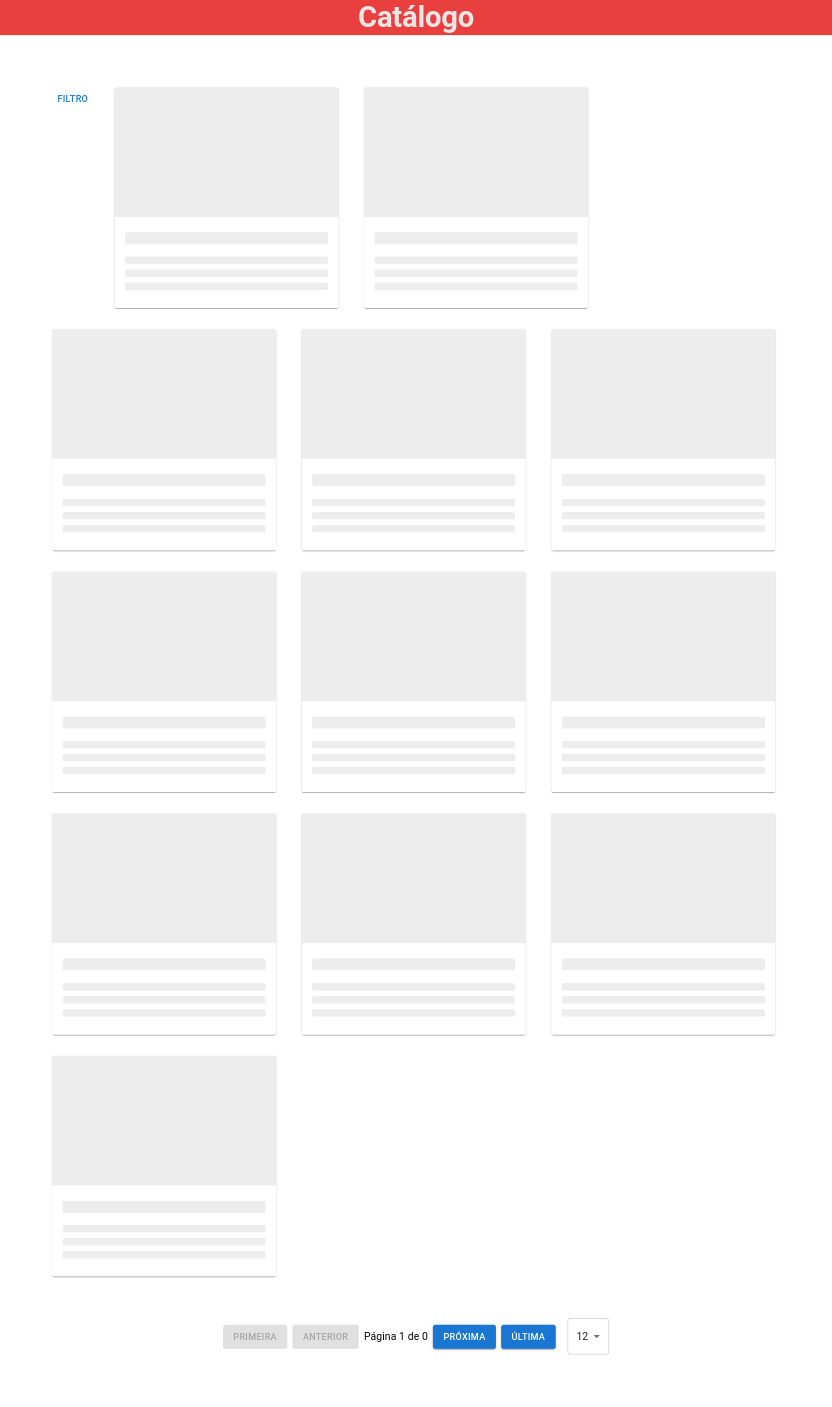
Repository: lenx0/PokeWiki-Front
Page: /
The author's editor kept a copy of each file at every save. The page is drawn from the files as they stood at one save, then again after a run of saves.
The browser window is 1280 px wide. The pictures show the whole page, at 65% of full size.
The page's requests for data from a server got no answer. The project was rebuilt for these pictures with package versions that can differ from the ones it lists, and the page was loaded fresh each time. The framework's server and built-in components were replaced by stand-ins that run in the browser. No one was signed in, and anything a server would have sent is missing. Also part of the build but not shown: next.config.mjs.

Above is the page before, as saved 2024-02-17 12:16:50.

### src/app/layout.js
import { Inter } from "next/font/google";
import "./globals.css";

const inter = Inter({ subsets: ["latin"] });

export default function RootLayout({ children }) {
  return (
    <html lang="en">
      <body className={inter.className}>{children}</body>
    </html>
  );
}

### src/app/page.js
'use client'
import PokemonList from "./pages/PokemonList/page";

export default function Home() {
  return (
    <PokemonList />
  );
}

### src/app/pages/PokemonList/page.jsx
import { Box, Grid, Typography } from "@mui/material";

import Cards from "@/app/components/Cards";

export default function PokemonList() {
  return (
    <>
      <Grid
        item
        backgroundColor="#e93232ee"
        textAlign="center"
      >
        <Typography variant="h2" fontSize={45} fontWeight={700} color="#e6e6e6">
          Catálogo
        </Typography>
      </Grid>
      <Grid container padding={10}>
        <Cards />
      </Grid>
    </>
  );
}

### src/app/components/Cards/index.jsx
'use client'
import React, { useEffect, useState } from "react";
import {
  Card,
  CardContent,
  Typography,
  Grid,
  CardMedia,
  Box,
  Button
} from "@mui/material";

import PokemonService from "@/services/PokemonService";
import { capitalizeFirstLetter } from "@/services/utils/CapitalizeFirstLetter";
import PokemonCardSkeleton from "../Skeleton";
import Pagination from "../Pagination";

export default function Cards() {
  const [pokemonList, setPokemonList] = useState([]);
  const [loading, setLoading] = useState(true);
  const [page, setPage] = useState(1);
  const [totalPages, setTotalPages] = useState(0);
  const [itemsPerPage, setItemsPerPage] = useState(12);

  useEffect(() => {
    async function getPokemon() {
      setLoading(true);

      const limit = itemsPerPage;
      const offset = (page - 1) * itemsPerPage;
      const pokemonListResponse = await PokemonService.getPokemon(
        limit,
        offset
      );
      const totalPokemon = pokemonListResponse.count;
      setTotalPages(Math.ceil(totalPokemon / itemsPerPage));

      const pokemonUrls = pokemonListResponse.results.map(
        (pokemon) => pokemon.url
      );
      const detailedPokemonList = await Promise.all(
        pokemonUrls.map(async (url) => {
          const pokemonDetailsResponse = await PokemonService.getPokemonDetails(
            url
          );
          return pokemonDetailsResponse;
        })
      );
      setPokemonList(detailedPokemonList);
      setLoading(false);
    }
    getPokemon();
  }, [page, itemsPerPage]);

  return (
    <>
      <Grid container spacing={4}>
        <Grid item>
          <Button>Filtro</Button>
        </Grid>
        {(loading || pokemonList.length === 0) &&
          Array.from({ length: itemsPerPage }).map((_, index) => (
            <Grid item xs={12} sm={6} md={4} key={index}>
              <PokemonCardSkeleton />
            </Grid>
          ))}
        {!loading &&
          pokemonList.map((pokemon, index) => (
            <Grid item xs={12} sm={6} md={4} lg={4} xl={2} key={index}>
              <Card
                sx={{
                  maxWidth: 245,
                  border: "none",
                  boxShadow: "2px 4px 8px 8px rgba(0,0,0,0.2)",
                }}
              >
                <CardMedia
                  component="img"
                  height="auto"
                  image={
                    pokemon.sprites.other["official-artwork"].front_default
                  }
                  alt={pokemon.name}
                />
                <CardContent>
                  <Box textAlign="center">
                    <Typography
                      gutterBottom
                      variant="h5"
                      fontWeight="700"
                      component="div"
                    >
                      {capitalizeFirstLetter(pokemon.name)}
                    </Typography>
                    <Typography variant="body2" color="text.secondary">
                      Número: {pokemon.order}
                    </Typography>
                    <Typography variant="body2" color="text.secondary">
                      Altura: {pokemon.height}
                    </Typography>
                    <Typography variant="body2" color="text.secondary">
                      Peso: {pokemon.weight}
                    </Typography>
                  </Box>
                </CardContent>
              </Card>
            </Grid>
          ))}
        <Grid item lg={12} xs={12}>
          <Pagination
            page={page}
            totalPages={totalPages}
            setPage={setPage}
            itemsPerPage={itemsPerPage}
            setItemsPerPage={setItemsPerPage}
          />
        </Grid>
      </Grid>
    </>
  );
}

### src/services/PokemonService.js
import HttpClient from "./utils/HttpClient";

class PokemonService {
  async getPokemon(limit, offset) {
    const url = `${process.env.NEXT_PUBLIC_API_BASE}?limit=${limit}&offset=${offset}`;
    const response = await HttpClient.getData(url);
    return response;
  }

  async getPokemonDetails(url) {
    const response = await HttpClient.getData(url);
    return response;
  }
}

export default new PokemonService();

### src/services/utils/CapitalizeFirstLetter.js
export function capitalizeFirstLetter(string) {
    return string.charAt(0).toUpperCase() + string.slice(1);
  }

### src/app/components/Skeleton/index.jsx
import React from "react";
import { Card, CardContent, Typography, Skeleton } from "@mui/material";

export default function PokemonCardSkeleton() {
  return (
    <Card sx={{ maxWidth: 345, border: "none" }}>
      <Skeleton variant="rectangular" width="100%" height={200} />
      <CardContent>
        <Typography gutterBottom variant="h5" component="div">
          <Skeleton />
        </Typography>
        <Typography variant="body2" color="text.secondary">
          <Skeleton />
        </Typography>
        <Typography variant="body2" color="text.secondary">
          <Skeleton />
        </Typography>
        <Typography variant="body2" color="text.secondary">
          <Skeleton />
        </Typography>
      </CardContent>
    </Card>
  );
}

### src/app/components/Pagination/index.jsx
import { Box, Button, MenuItem, Select, Typography } from "@mui/material";

const Pagination = ({
  page,
  totalPages,
  itemsPerPage,
  setPage,
  setItemsPerPage,
}) => {

  const nextPage = () => {
    setPage(page + 1);
  };

  const prevPage = () => {
    setPage(page - 1);
  };

  const goToFirstPage = () => {
    setPage(1);
  };

  const goToLastPage = () => {
    setPage(totalPages);
  };

  const handleChangeItemsPerPage = (event) => {
    const newItemsPerPage = parseInt(event.target.value);
    setItemsPerPage(newItemsPerPage);
    setPage(1);
  };

  return (
    <Box
      mt={4}
      gap={1}
      display="flex"
      justifyContent="center"
      alignItems="center"
    >
      <Button variant="contained" onClick={goToFirstPage} disabled={page === 1}>
        Primeira
      </Button>
      <Button variant="contained" onClick={prevPage} disabled={page === 1}>
        Anterior
      </Button>
      <Typography variant="body1">
        Página {page} de {totalPages}
      </Typography>
      <Button
        variant="contained"
        onClick={nextPage}
        disabled={page === totalPages}
      >
        Próxima
      </Button>
      <Button
        variant="contained"
        onClick={goToLastPage}
        disabled={page === totalPages}
      >
        Última
      </Button>
      <Select
        value={itemsPerPage}
        onChange={handleChangeItemsPerPage}
        label="Itens por página"
        variant="outlined"
        style={{ marginLeft: 10 }}
      >
        <MenuItem value={6}>6</MenuItem>
        <MenuItem value={12}>12</MenuItem>
        <MenuItem value={24}>24</MenuItem>
        <MenuItem value={48}>48</MenuItem>
      </Select>
    </Box>
  );
};

export default Pagination;

### src/services/utils/HttpClient.js
class HttpClient {
  async getData(url, filter) {
    try {
      const queryParams = new URLSearchParams({
        filter,
        option: {},
        page: 1,
        pageSize: 1000
      });
      const urlWithParams = `${url}?${queryParams.toString()}`;

      const response = await fetch(urlWithParams);

      if (!response.ok) {
        throw new Error(`Erro ao obter os dados: ${response.status}`);
      }

      return response.json();
    } catch (error) {
      console.error('Erro ao realizar a requisição:', error);
      throw error;
    }
  }

  async getDataDetails(url, filter) {
    try {
      let raw = JSON.stringify({
        filter,
        option: {},
        page: 1,
        pageSize: 100
      })

      let requestOptions = {
        method: 'GET',
        body: raw,
        redirect: 'follow'
      }

      const response = await fetch(url, requestOptions);

      if (!response.ok) {
        throw new Error(`Erro ao obter os detalhes: ${response.status}`);
      }

      return response.json();
    } catch (error) {
      console.error('Erro ao realizar a requisição:', error);
      throw error;
    }
  }
}

export default new HttpClient();

Loaded but not shown: src/app/globals.css (common file)

After the next 2 saves:
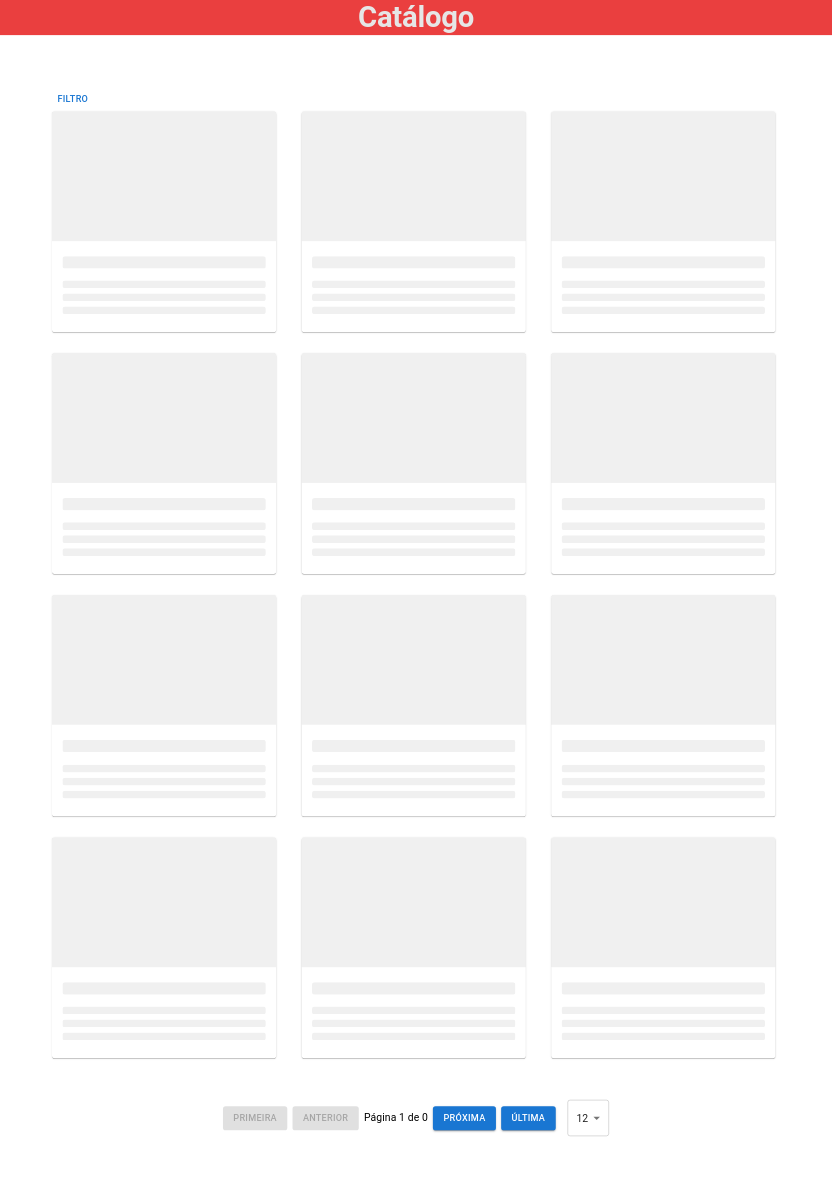
The 2 saves are shown as one change because they came seconds apart.
The last was saved 17 s later.
--- a/src/app/components/Cards/index.jsx
+++ b/src/app/components/Cards/index.jsx
@@ -54,10 +54,10 @@ export default function Cards() {
 
   return (
     <>
-      <Grid container spacing={4}>
-        <Grid item>
+    <Grid item>
           <Button>Filtro</Button>
         </Grid>
+      <Grid container spacing={4}>
         {(loading || pokemonList.length === 0) &&
           Array.from({ length: itemsPerPage }).map((_, index) => (
             <Grid item xs={12} sm={6} md={4} key={index}>
